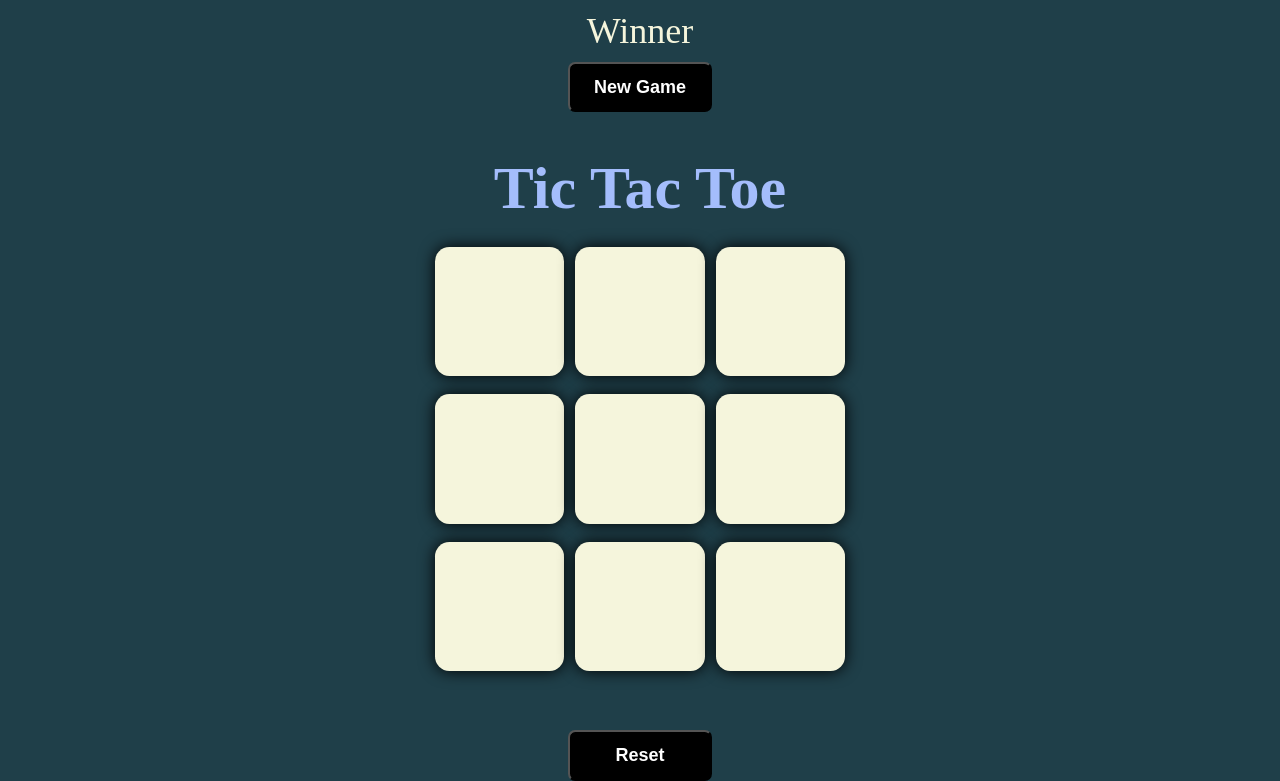
Repository: AreezAnsari/Tic-Tac-Toe
Page: Game/Game.html
These files come from the project's save history. The page is drawn as it stood at one moment and after the next save; the edit follows.
The browser window is 1280 px wide. The pictures show the whole page.

Above is the page before, as saved 2025-06-01 15:33:02.
Console error: TypeError: box.addEventListener is not a function

After the next save:
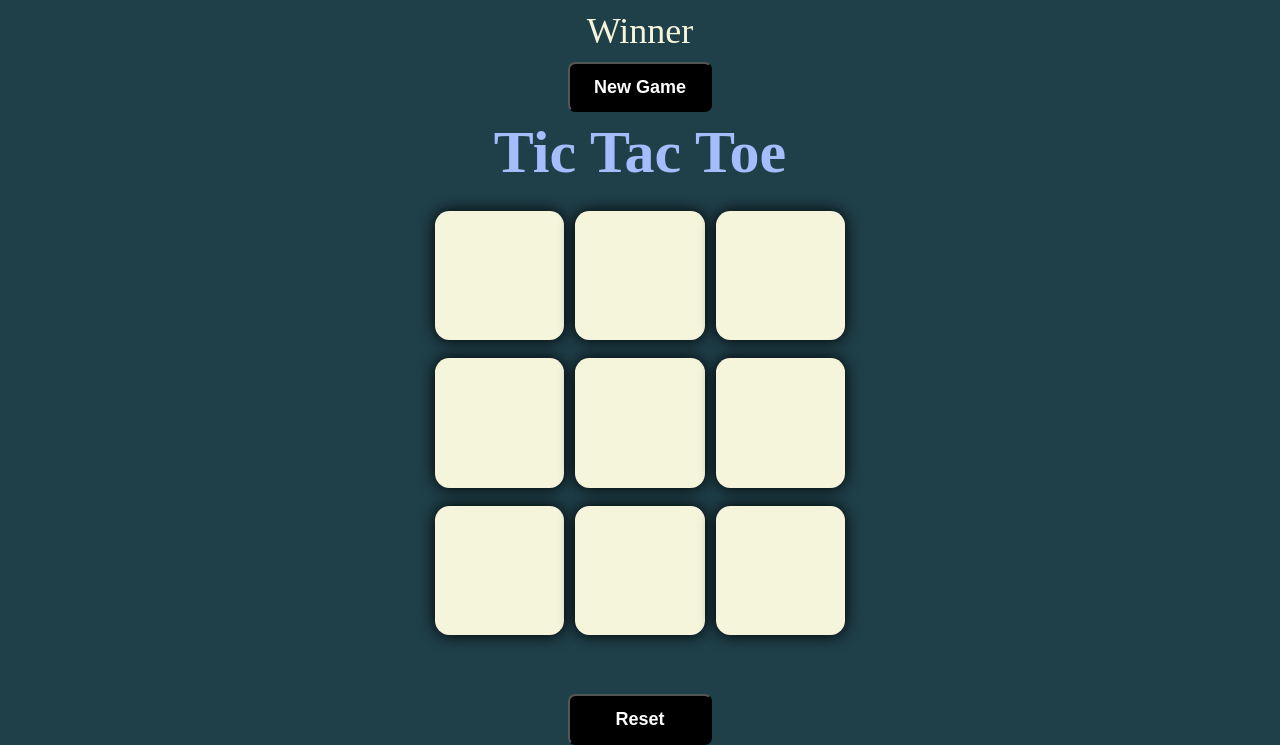
Saved 8 s later.
--- a/Game/Game.css
+++ b/Game/Game.css
@@ -93,5 +93,5 @@
 }
 
 .msg-container{
-    height: 20vmin;
+    height: 15vmin;
 }
